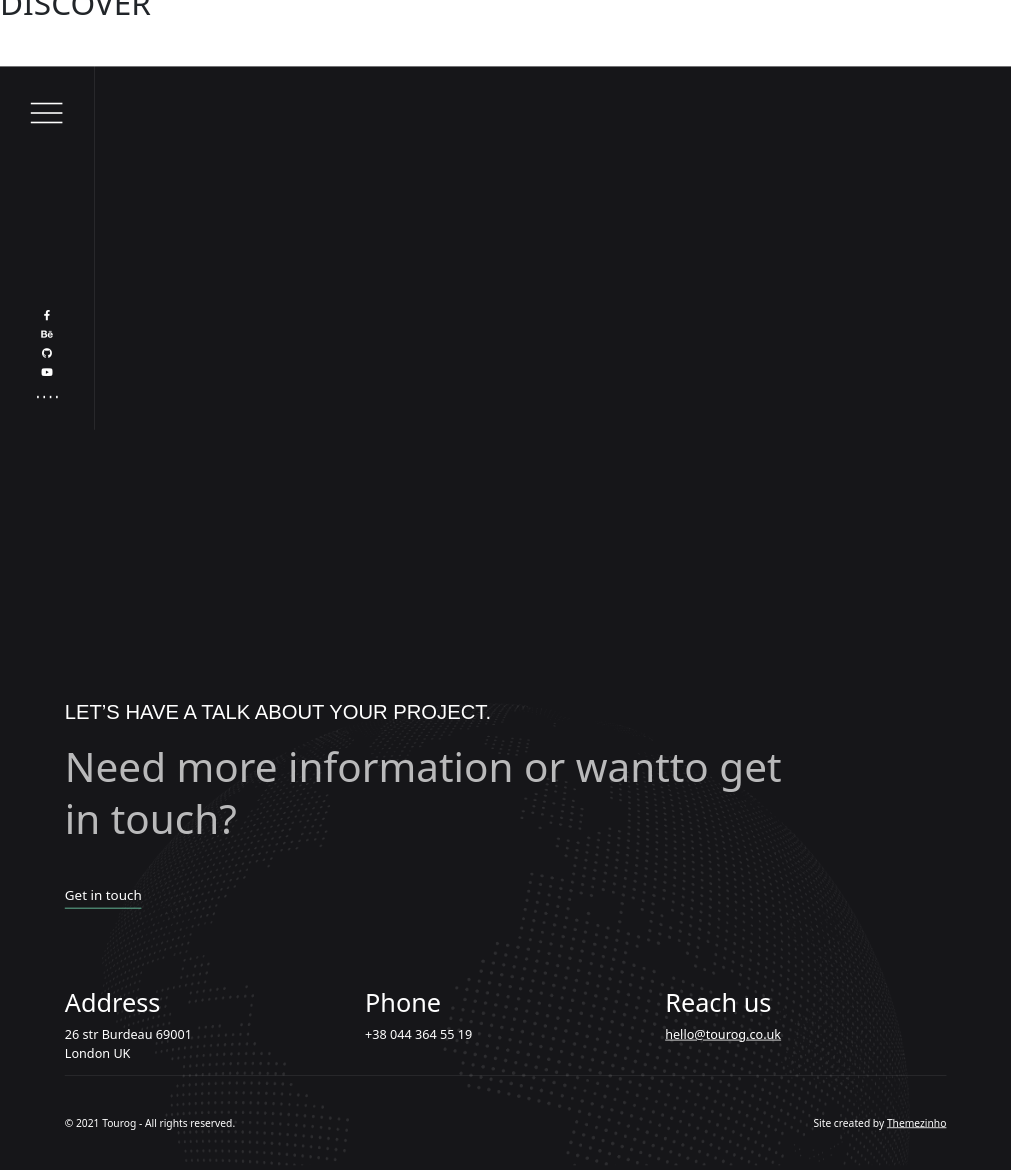
Repository: minhtien1808/Project-Fe1
Page: index1.html
The author's editor kept a copy of each file at every save. The page is drawn from the files as they stood at one save, then again after the next save.
The browser window is 1280 px wide. The pictures show the part of the page from y = 176 to 1657 px (the page is 1657 px tall), at 79% of full size.
A picture or video elsewhere on the page could not be fetched, so the positions and the page height are approximate. Some web libraries are served in a nearby version.

Above is the page before, as saved 2022-07-11 16:42:52.

After the next save:
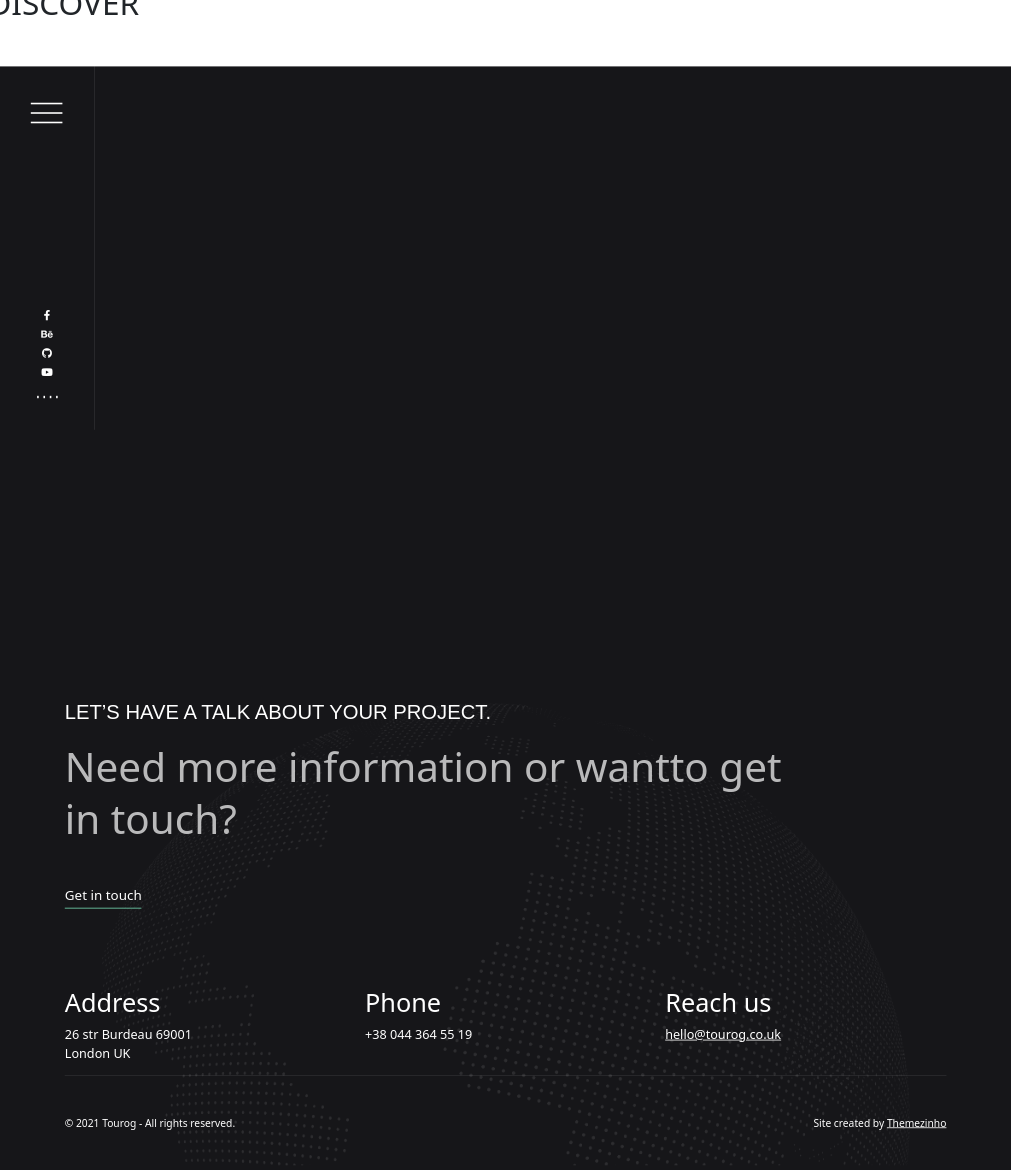
Saved 11 s later.
--- a/public/css/style1.css
+++ b/public/css/style1.css
@@ -330,6 +330,8 @@
 .header-section {
   width: calc(100% + 30px);
   display: block;
+  margin-left: -15px;
+  margin-right: -15px;
 }
 /* footer */
 .footer {

After the 5 saves that followed:
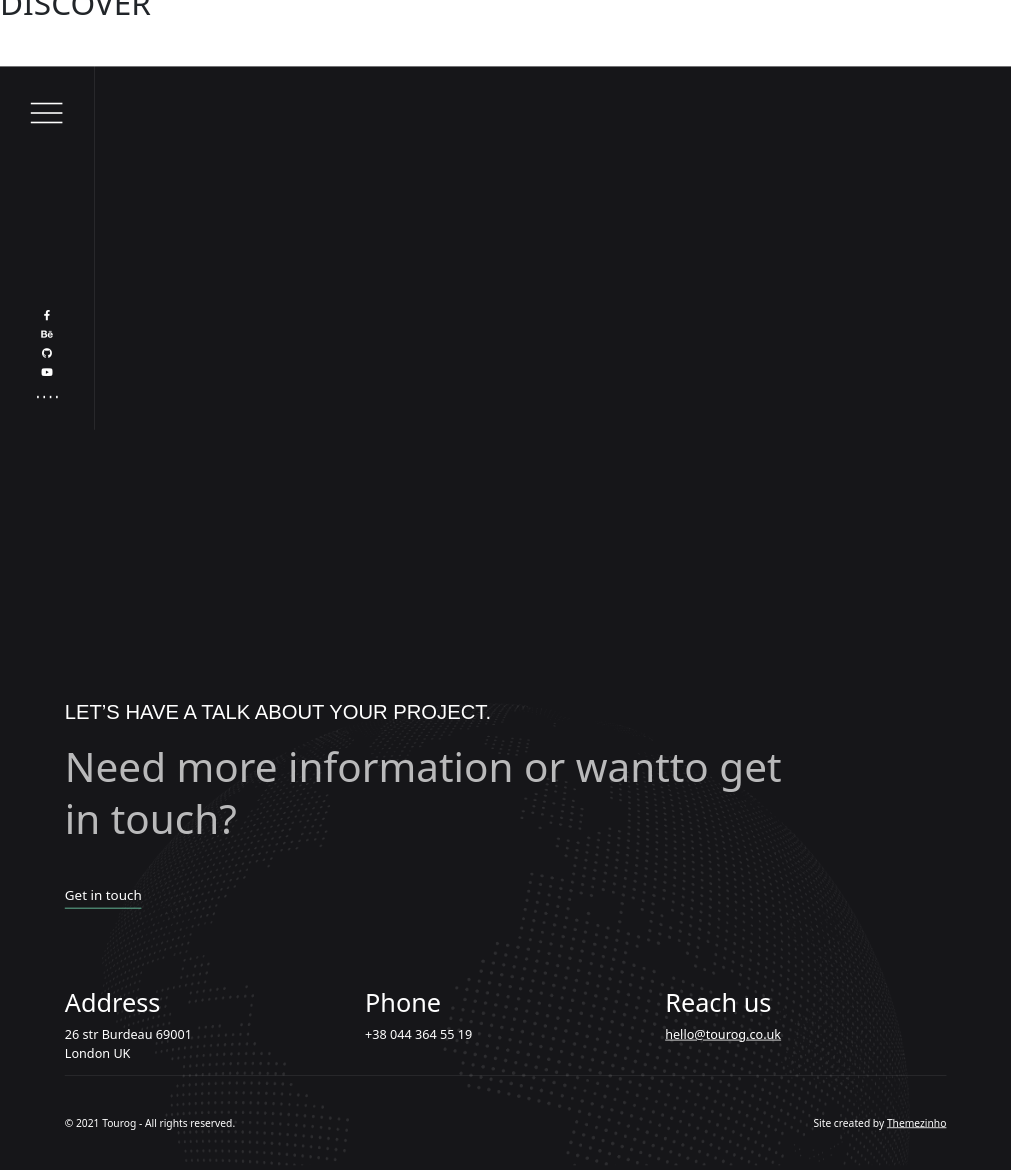
The 5 saves are shown as one change because 3 left the picture as it was and some came seconds apart.
The last was saved 2 min 43 s later.
--- a/public/css/style1.css
+++ b/public/css/style1.css
@@ -333,6 +333,19 @@
   margin-left: -15px;
   margin-right: -15px;
 }
+.header-section::before {
+  content: "";
+  display: table;
+}
+.header-container {
+  margin-left: 0;
+  margin-right: 0;
+}
+.hearder-container-inner {
+  padding-left: 15px;
+  padding-right: 15px;
+  width: 100%;
+}
 /* footer */
 .footer {
   width: 100%;
